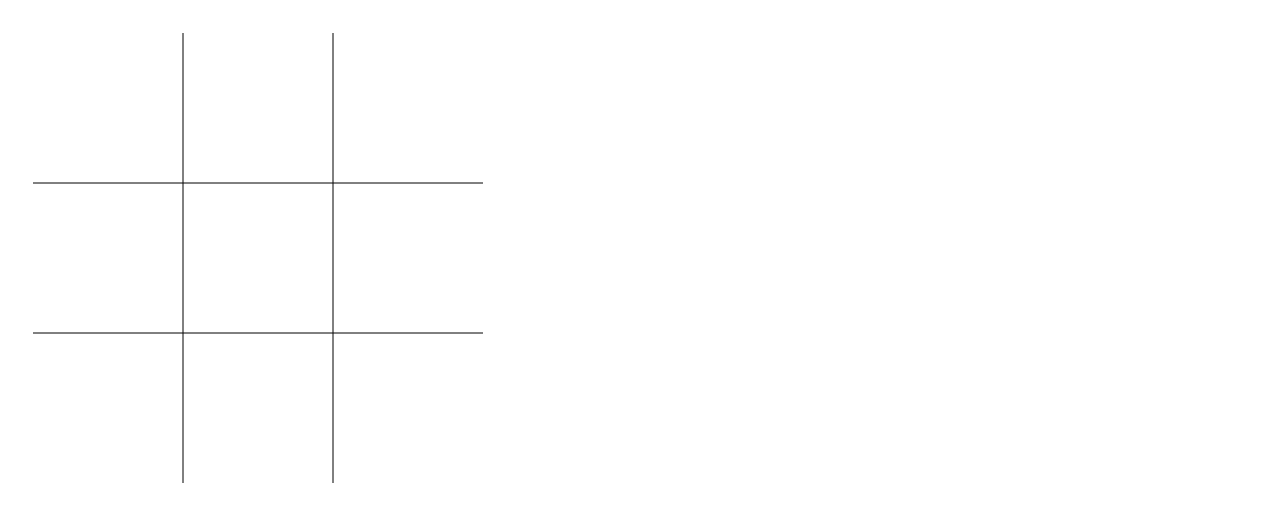
Repository: YoannPaquereau/Morpion
Page: index.html
An editor plug-in stored every save of this project. The page is shown before and after the next save, followed by the edit.
The browser window is 1280 px wide. The pictures show the whole page.

Above is the page before, as saved 2019-12-23 19:40:20.

After the next save:
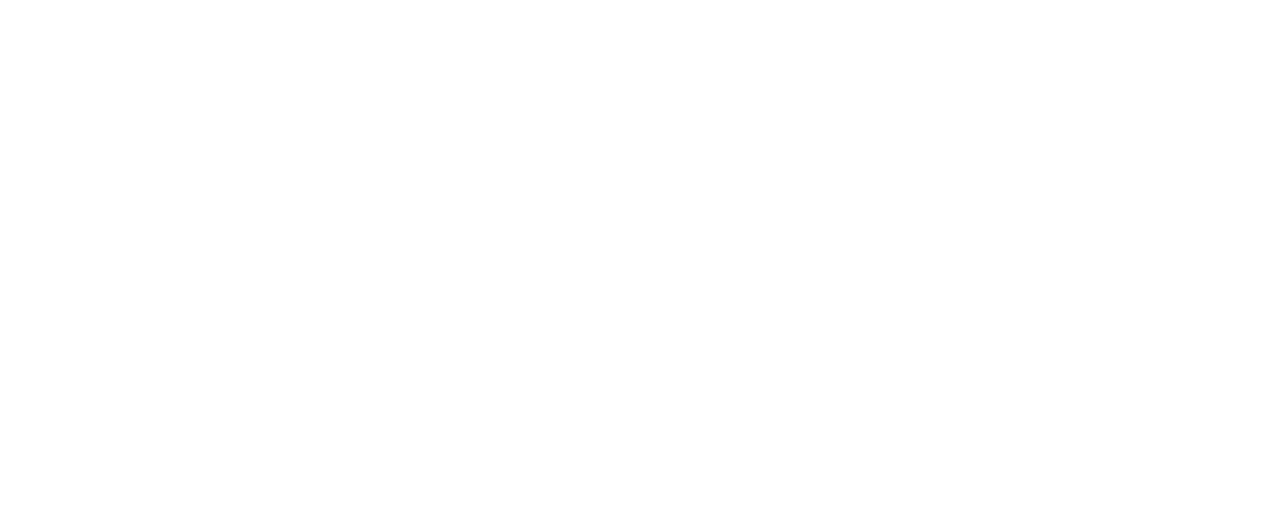
Console error: SyntaxError: Unexpected token 'case'
Saved 7 min 6 s later.
--- a/game.js
+++ b/game.js
@@ -63,6 +63,8 @@
         }
 
         if (myGameArea.checkbox[line][column] == "") {
+            var case = 0;
             myGameArea.checkbox[line][column] = myGameArea.player;
+            drawCheck()
         }
     }

After the save that followed:
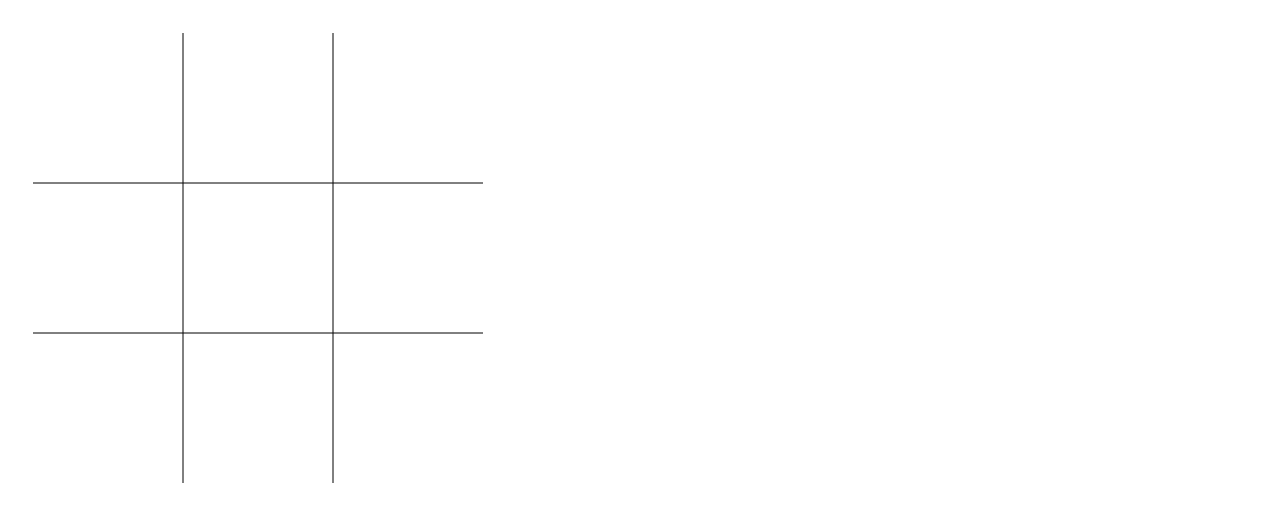
The error is gone.
Saved 33 s later.
--- a/game.js
+++ b/game.js
@@ -63,7 +63,7 @@
         }
 
         if (myGameArea.checkbox[line][column] == "") {
-            var case = 0;
+            var choice = 0;
             myGameArea.checkbox[line][column] = myGameArea.player;
             drawCheck()
         }
